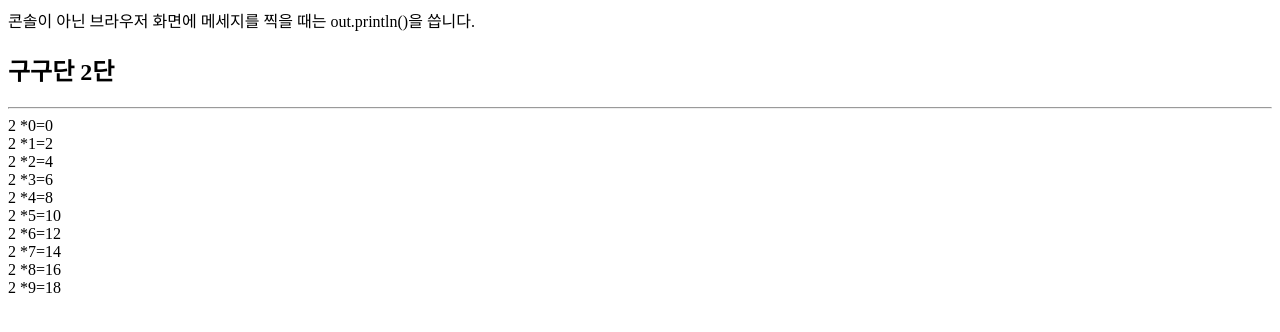
Repository: developedbyssony/JSP
Page: http://localhost/JSPbasic/jsptag/scriptlet.jsp
These files come from the project's save history. The page is drawn as it stood at one moment and after the next save; the edit follows.
The browser window is 1280 px wide. The pictures show the whole page.
The page is served by Tomcat 9.

Above is the page before, as saved 2022-03-22 11:41:28.

After the next save:
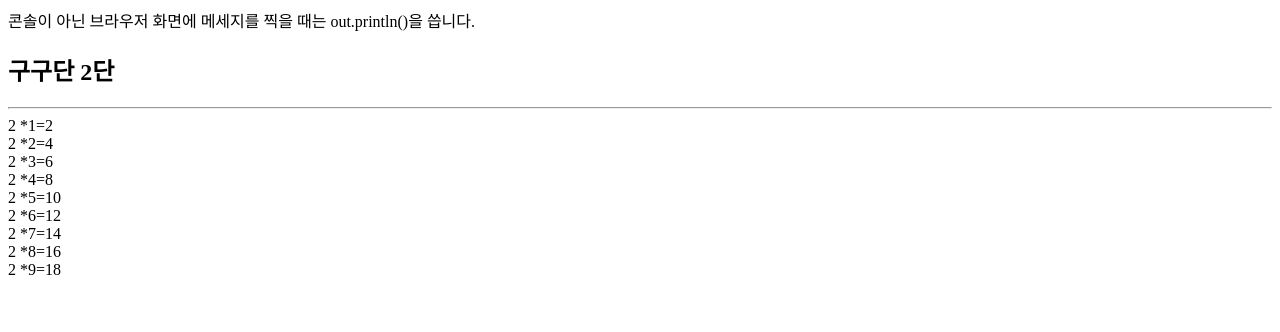
Saved 23 s later.
--- a/JSPbasic/src/main/webapp/jsptag/scriptlet.jsp
+++ b/JSPbasic/src/main/webapp/jsptag/scriptlet.jsp
@@ -10,7 +10,7 @@
 	<% System.out.println("콘솔에 메세지를 찍을 때는 System.out.println()을 씁니다.");
 	out.println("콘솔이 아닌 브라우저 화면에 메세지를 찍을 때는 out.println()을 씁니다.");%>
 	<h2>구구단 2단</h2><hr />
-	<% for(int i = 0; i < 10; i ++) {
+	<% for(int i = 1; i < 10; i ++) {
 		out.println("2 *" + i + "=" + (i*2) + "<br/>");
 	} %>
 </body>
